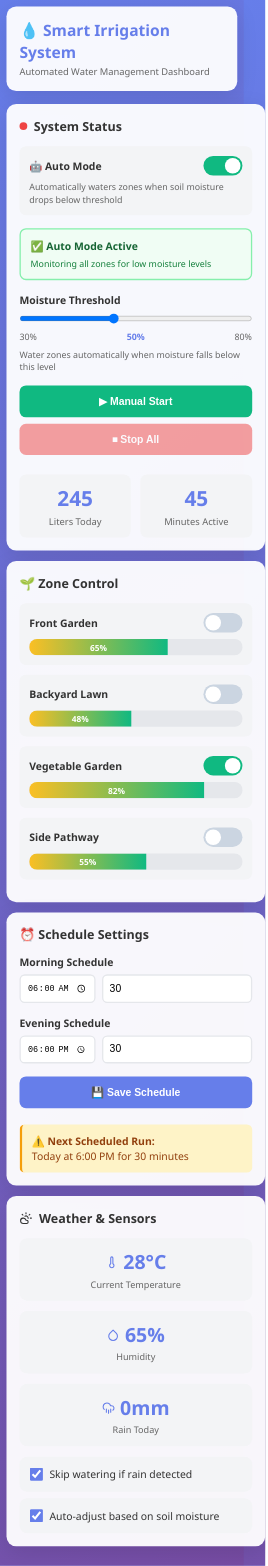
Repository: JBANALO/automatic-watering-system
Page: indwx.html
These files come from the project's save history. The page is drawn as it stood at one moment and after the next save; the edit follows.
The browser window is 375 px wide. The page is 412 px wide, then 375 px, so the pictures cover 412 px, including what lies to the right of the window. The pictures show the whole page, at 65% of full size.

Above is the page before, as saved 2026-02-08 20:01:13.

After the next save:
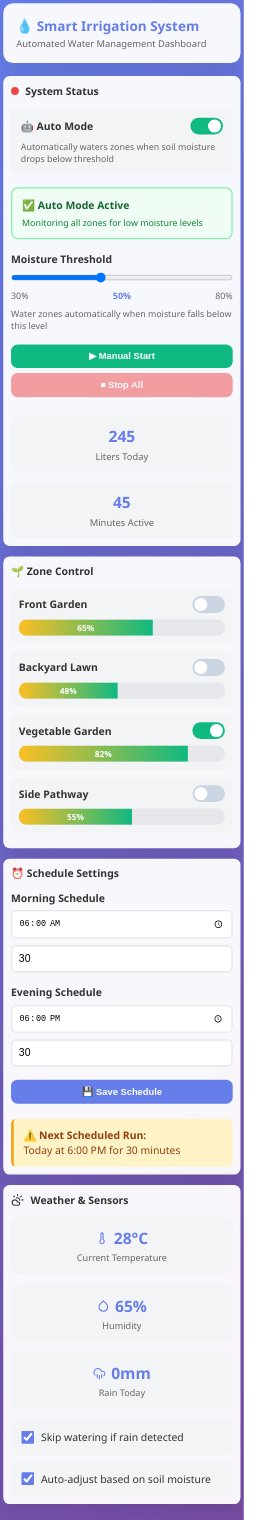
Saved 6 s later.
--- a/indwx.html
+++ b/indwx.html
@@ -441,6 +441,98 @@
             }
 
             h1 {
+                font-size: 1.5em;
+            }
+
+            .card {
+                padding: 15px;
+            }
+
+            .card h2 {
+                font-size: 1.1em;
+                margin-bottom: 15px;
+            }
+
+            .dashboard-header {
+                flex-direction: column;
+                align-items: flex-start;
+            }
+
+            .control-btn {
+                padding: 12px;
+                font-size: 0.95em;
+            }
+
+            .zone {
+                padding: 12px;
+                margin-bottom: 12px;
+            }
+
+            .stats {
+                grid-template-columns: 1fr;
+            }
+
+            .schedule-time {
+                grid-template-columns: 1fr;
+            }
+
+            .icon {
+                font-size: 1em;
+            }
+        }
+
+        @media (max-width: 480px) {
+            body {
+                padding: 5px;
+            }
+
+            .container {
+                max-width: 100%;
+            }
+
+            .card {
+                padding: 12px;
+                border-radius: 10px;
+            }
+
+            h1 {
+                font-size: 1.3em;
+            }
+
+            .card h2 {
+                font-size: 1em;
+            }
+
+            .auth-card {
+                padding: 20px;
+                border-radius: 10px;
+            }
+
+            .control-btn {
+                padding: 10px;
+                font-size: 0.9em;
+                margin-bottom: 8px;
+            }
+
+            .toggle-switch {
+                width: 50px;
+                height: 26px;
+            }
+
+            .toggle-slider {
+                width: 20px;
+                height: 20px;
+            }
+
+            .toggle-switch.active .toggle-slider {
+                transform: translateX(24px);
+            }
+
+            .weather-stat-value {
+                font-size: 1.5rem;
+            }
+
+            .stat-value {
                 font-size: 1.5em;
             }
         }
